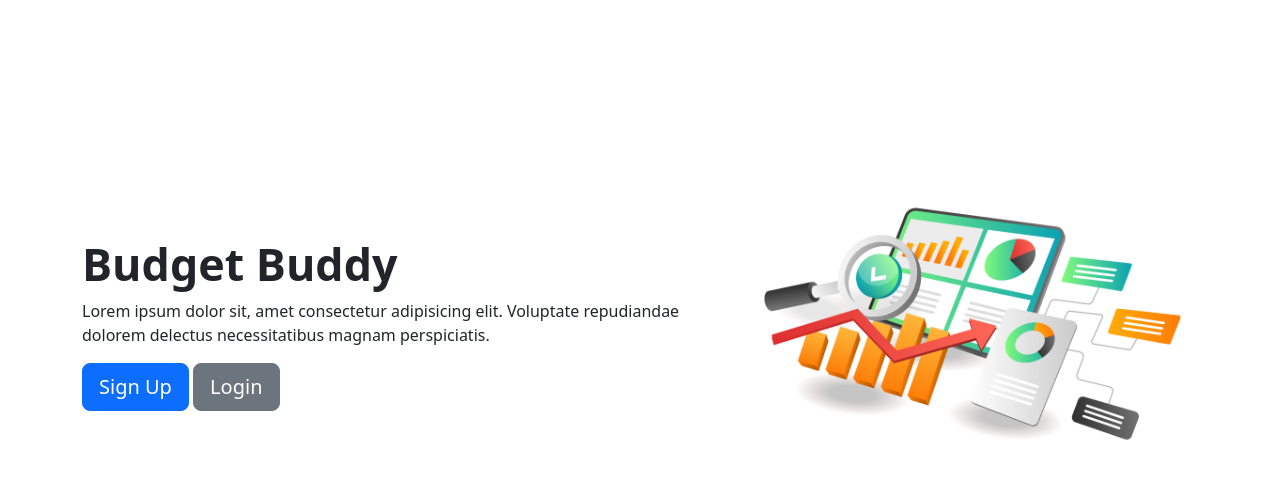
Repository: tommyshado/budget-buddy
Page: public/index.html
These files come from the project's save history. The page is drawn as it stood at one moment and after the next save; the edit follows.
The browser window is 1280 px wide. The pictures show the whole page.

Above is the page before, as saved 2023-12-07 11:59:43.

### public/index.html
<!DOCTYPE html>
<html lang="en">
<head>
    <meta charset="UTF-8">
    <meta name="viewport" content="width=device-width, initial-scale=1.0">
    <title>Budget Buddy</title>
    <link href="https://cdn.jsdelivr.net/npm/bootstrap@5.2.3/dist/css/bootstrap.min.css" rel="stylesheet" integrity="sha384-rbsA2VBKQhggwzxH7pPCaAqO46MgnOM80zW1RWuH61DGLwZJEdK2Kadq2F9CUG65" crossorigin="anonymous">
</head>
<body>

    <div class="container">
        <div style="height: 90vh;" class="row d-flex align-items-center">
            <div class="col-md-7">
                <h1 style="font-size: 2.8rem;font-weight: 700" >Budget Buddy</h1>
                <p>
                    Lorem ipsum dolor sit, amet consectetur adipisicing elit.
                    Voluptate repudiandae dolorem delectus necessitatibus magnam perspiciatis.
                </p>
                <!-- Sign Up Button -->
                <a href="/signup.html" class="btn btn-primary btn-lg" >Sign Up</a>
                <!-- Login Button -->
                <a href="/login.html" class="btn btn-secondary btn-lg" >Login</a>
            </div>
            <div class="col-md-5">
                <img src="vecteezy_isometric-illustration-concept-network-analysis-seo_5638534.jpg" alt="" class="img-fluid">
            </div>
        </div>
    </div>

    <script src="https://cdn.jsdelivr.net/npm/bootstrap@5.2.3/dist/js/bootstrap.bundle.min.js" integrity="sha384-kenU1KFdBIe4zVF0s0G1M5b4hcpxyD9F7jL+jjXkk+Q2h455rYXK/7HAuoJl+0I4" crossorigin="anonymous"></script>
</body>
</html>

After the next save:
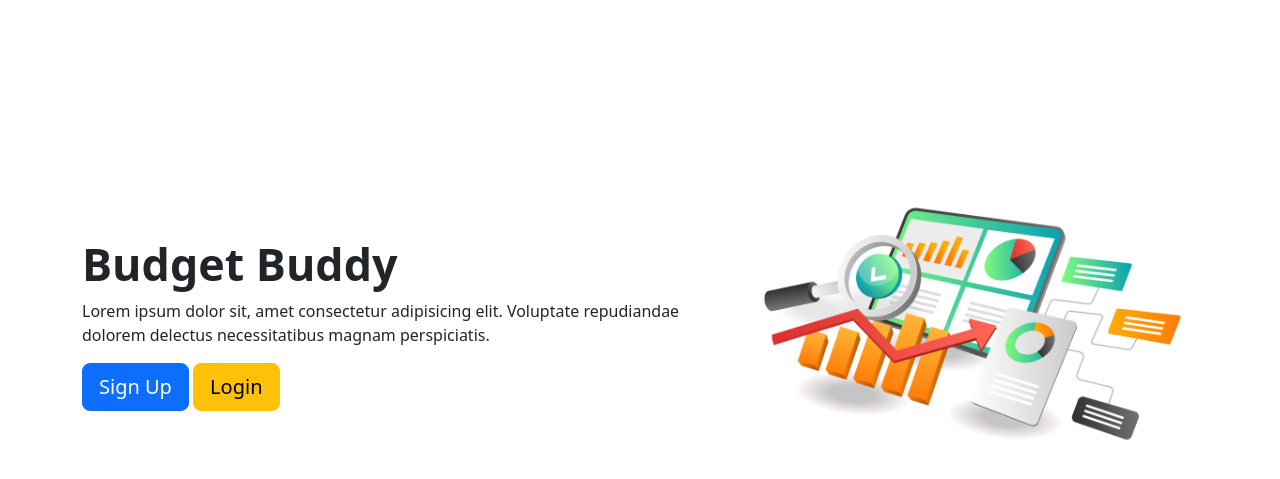
Saved 34 s later.
--- a/public/index.html
+++ b/public/index.html
@@ -19,7 +19,7 @@
                 <!-- Sign Up Button -->
                 <a href="/signup.html" class="btn btn-primary btn-lg" >Sign Up</a>
                 <!-- Login Button -->
-                <a href="/login.html" class="btn btn-secondary btn-lg" >Login</a>
+                <a href="/login.html" class="btn btn-warning btn-lg" >Login</a>
             </div>
             <div class="col-md-5">
                 <img src="vecteezy_isometric-illustration-concept-network-analysis-seo_5638534.jpg" alt="" class="img-fluid">
